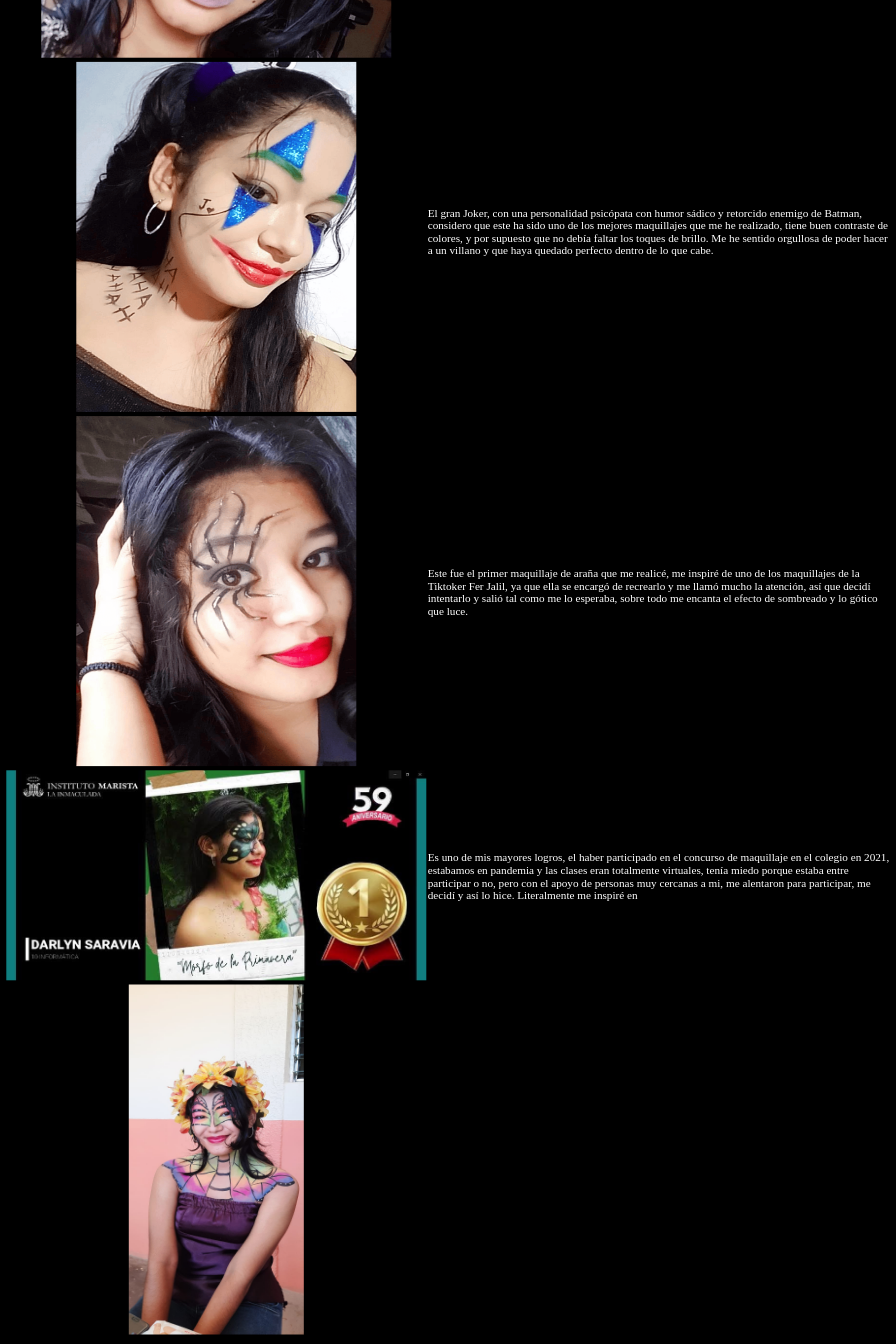
Repository: darlyn-saravia27/portafolio-darlynsaravia
Page: archivoshtml/maquillaje.html
These files come from the project's save history. The page is drawn as it stood at one moment and after the next save; the edit follows.
The browser window is 1280 px wide. The pictures show the part of the page from y = 3088 to 5008 px (the page is 5008 px tall), at 70% of full size.

Above is the page before, as saved 2023-03-07 02:20:51.

After the next save:
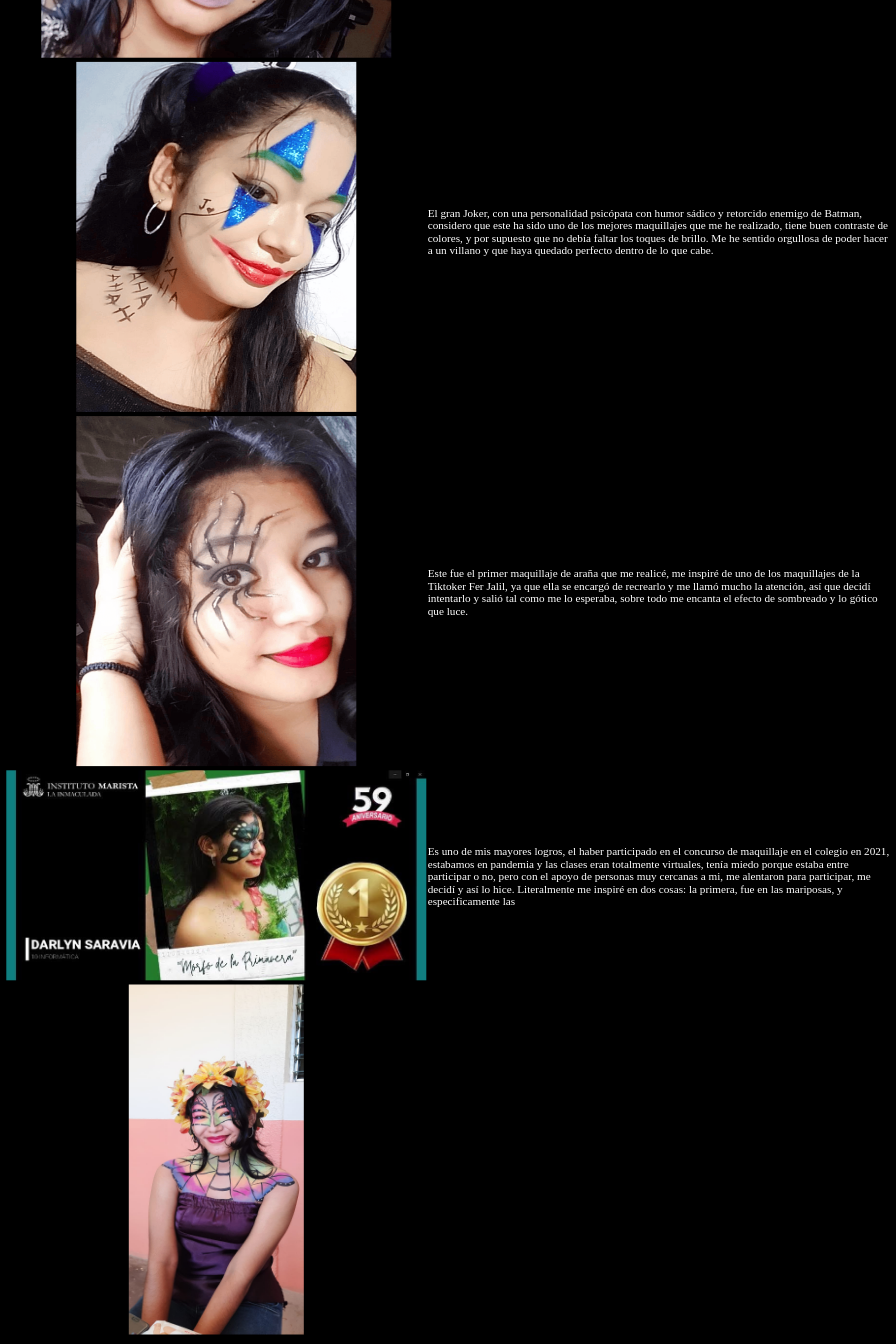
Saved 19 s later.
--- a/archivoshtml/maquillaje.html
+++ b/archivoshtml/maquillaje.html
@@ -144,7 +144,7 @@
                 de maquillaje en el colegio en 2021, estabamos en pandemia y las clases eran totalmente
                 virtuales, tenía miedo porque estaba entre participar o no, pero con el apoyo de personas
                 muy cercanas a mi, me alentaron para participar, me decidí y así lo hice.
-                Literalmente me inspiré en
+                Literalmente me inspiré en dos cosas: la primera, fue en las mariposas, y especificamente las
             </font></td>
             <br>
             <br>
